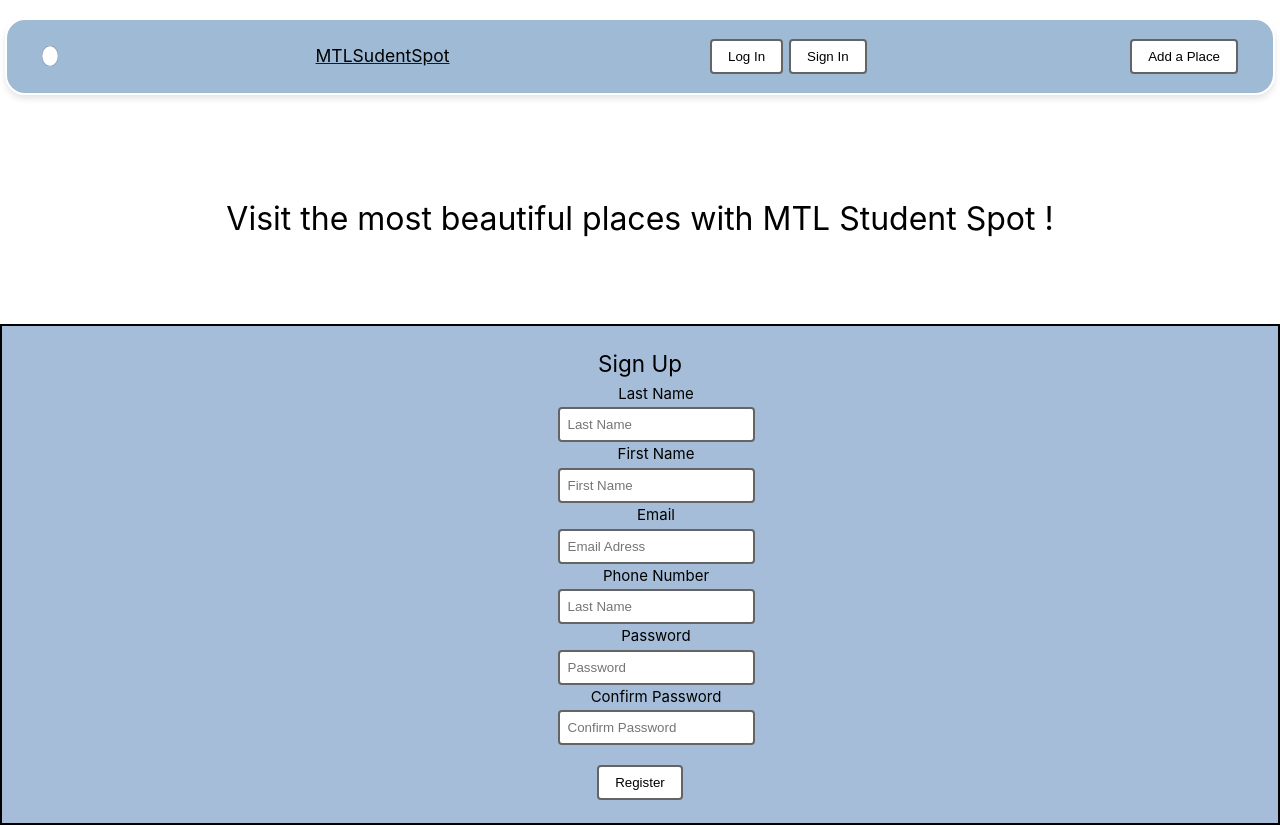
Repository: KevMn6ix/MOD8-2232-GRA-Damois-Leroi--Morant-Munto
Page: /register (app in client/)
The author's editor kept a copy of each file at every save. The page is drawn from the files as they stood at one save, then again after the next save.
The browser window is 1280 px wide. The pictures show the whole page.
The project was rebuilt for these pictures with package versions that can differ from the ones it lists, and the page was loaded fresh each time. Also part of the build but not shown: client/vite.config.js, client/src/components/HelloWorld.vue, client/src/components/Login.vue, client/src/views/LoginPage.vue, client/src/components/RowLandingPage.vue, client/src/components/PlaceItem.vue, client/server/services/places-service.js, client/src/components/PlaceList.vue and 1 more.

Above is the page before, as saved 2023-10-18 16:00:48.

### client/index.html
<!DOCTYPE html>
<html lang="en">
  <head>
    <meta charset="UTF-8">
    <link rel="icon" href="/favicon.ico">
    <link href="https://cdnjs.cloudflare.com/ajax/libs/font-awesome/5.15.3/css/all.min.css" rel="stylesheet">

    <meta name="viewport" content="width=device-width, initial-scale=1.0">
    <title>Vite App</title>
  </head>
  <body>
    <div id="app"></div>
    <script type="module" src="/src/main.js"></script>
  </body>
</html>

### client/src/assets/main.css
@import './base.css';
/*
#app {
  max-width: 1280px;
  margin: 0 auto;
  padding: 2rem;

  font-weight: normal;
}

a,
.green {
  text-decoration: none;
  color: hsla(160, 100%, 37%, 1);
  transition: 0.4s;
}

@media (hover: hover) {
  a:hover {
    background-color: hsla(160, 100%, 37%, 0.2);
  }
}

@media (min-width: 1024px) {
  body {
    display: flex;
    place-items: center;
  }

  #app {
    display: grid;
    grid-template-columns: 1fr 1fr;
    padding: 0 2rem;
  }
}
*/
@media (prefers-color-scheme: dark) {
  button {
    color:black;
  }
  input {
    color: white;
    background-color: black;
  }
}

### client/src/App.vue
<script setup>
import { RouterLink, RouterView } from 'vue-router'
import HelloWorld from './components/HelloWorld.vue'
</script>

<template >
  <RouterView />

</template>

<style scoped>
template {
  display: flex;
  flex-direction: column;
}

header {
  line-height: 1.5;
  max-height: 100vh;
}

.logo {
  display: block;
  margin: 0 auto 2rem;
}

nav {
  width: 100%;
  font-size: 12px;
  text-align: center;
  margin-top: 2rem;
}

nav a.router-link-exact-active {
  color: var(--color-text);
}

nav a.router-link-exact-active:hover {
  background-color: transparent;
}

nav a {
  display: inline-block;
  padding: 0 1rem;
  border-left: 1px solid var(--color-border);
}

nav a:first-of-type {
  border: 0;
}

@media (min-width: 1024px) {
  header {
    display: flex;
    place-items: center;
    padding-right: calc(var(--section-gap) / 2);
  }

  .logo {
    margin: 0 2rem 0 0;
  }

  header .wrapper {
    display: flex;
    place-items: flex-start;
    flex-wrap: wrap;
  }

  nav {
    text-align: left;
    margin-left: -1rem;
    font-size: 1rem;

    padding: 1rem 0;
    margin-top: 1rem;
  }
}
</style>

### client/src/router/index.js
import { createRouter, createWebHistory } from 'vue-router'
import HomeView from '../views/HomeView.vue'

const router = createRouter({
  history: createWebHistory(import.meta.env.BASE_URL),
  routes: [
    {
      path: '/',
      name: 'home',
      component: HomeView
    },
    {
      path: '/about',
      name: 'about',
      // route level code-splitting
      // this generates a separate chunk (About.[hash].js) for this route
      // which is lazy-loaded when the route is visited.
      component: () => import('../views/AboutView.vue')
    },
    {
      path: '/login',
      name: 'login',

      component: () => import('../views/LoginPage.vue')
    },
    {
      path: '/register',
      name:'register',

      component: () => import('../views/RegisterPage.vue')
    },
    {
      path: '/places/:types',
      name: 'PlacesList',

      component: () => import('../views/PlaceListView.vue')
    },
    {
      path: '/places/review/:id',
      name : 'review',

      component: () => import('../views/PlaceReview.vue')
    },
    {

      path: '/places/:types/:id',
      name: 'PlacePage',

      component: () => import('../views/PlacesPage.vue')

    },
    {
      path: '/places/add',
      name: 'AddPlace',

      component: () => import('../views/AddPageView.vue')
    }
  ]
})

export default router

### client/src/views/RegisterPage.vue
<script setup>
import Register from '../components/Register.vue'
</script>

<template>
    <Register />
</template>

<style>
</style>

### client/src/components/NavBar.vue
<script setup>
import { ref } from 'vue'
import LoginPage from '../views/LoginPage.vue'
import TheSubHeader from './TheSubHeader.vue';
const emit = defineEmits(['user-input'])
const UserInput = ref('')
function sendUserInput() {
    console.log(UserInput.value)
    emit('user-input', UserInput.value)
}
</script>
/** This component is hte bar at the top of the screen */
<template>
    <nav id="head-bar">
        <img src="../assets/logoMTL.png">
        <h3>
            MTLSudentSpot
        </h3>
        <input type="text" v-model="UserInput" @input="sendUserInput">
        <div>
        <router-link to='/login'>
        <button>
            Log In
        </button>
        </router-link>
        <router-link to="/register">
        <button>
            Sign In
        </button>
        </router-link>
    </div>
    <div id="sub-header">
    <TheSubHeader/></div>
    </nav>

</template>
<style>

:root{

    --color-navbar: #9fbad4;
    --text-navbar-color-default: #000;
    --color-input: #fff;
    --button-border: #646464;
    --color-button: #fff;
    --button-hover: #7faedc;
}

@media (prefers-color-scheme: dark){

    :root{

        --text-navbar-color-default: #FFF;
        --color-navbar: #211f1f;
        --color-input: #312e2e;
        --button-border: #646464;
        --color-button: #312e2e;
        --button-hover: #646464;

    }

}

nav {
    display: flex;
    justify-content: space-between;
    align-items: center;
    background-color: var(--color-navbar);
    padding: 1rem 2rem;
    box-shadow: 0 4px 6px rgba(0, 0, 0, 0.1);
    border-bottom: 2px solid rgba(0, 0, 0, 0.1);
    border-radius: 20px;
    border: 2px solid var(--button-border);
    margin: 5px;
    flex-grow: 3;
    gap: 20px;
}

h3{

    color: var(--text-navbar-color-default);

}

button {
    background-color: var(--color-button);
    color: var(--text-navbar-color-default);
    border: none;
    padding: 0.5rem 1rem;
    border-radius: 0.25rem;
    cursor: pointer;
    transition: background-color 0.3s ease;
    margin: 3px;
    border: 2px solid var(--button-border);
}

button:hover {
    background-color: var(--button-hover);
}

button:visited {
    color: white; /* Set the text color to yellow when the button is active (clicked) */
}

img {
    height: 20px;
    width: 16px;
}

input {
    flex-grow: 3;
    padding: 0.5rem;
    border: none;
    border-radius: 0.25rem;
    background-color: var(--color-input);
    color: var(--text-navbar-color-default);
    border: 2px solid var(--button-border);
    margin: 0 1rem;
}

#sub-header {
    text-align: center;
}
</style>

### client/src/components/BarOutsideHome.vue
<script setup>
import { ref } from 'vue'
import LoginPage from '../views/LoginPage.vue'
import { RouterLink } from 'vue-router';
import TheSubHeader from './TheSubHeader.vue';
const emit = defineEmits(['user-input'])
const UserInput = ref('')
function sendUserInput() {
    console.log(UserInput.value)
    emit('user-input', UserInput.value)
}
</script>
/** This component is the bar at the top of the screen */
<template>
    <nav id="head-bar">
        <img src="../assets/logoMTL.png">
        <RouterLink to="/">
        <h3>
            MTLSudentSpot
        </h3>
        </RouterLink>

        <div>
        <router-link to='/login'>
        <button>
            Log In
        </button>
        </router-link>
        <router-link to="/register">
        <button>
           Sign In
        </button>
    </router-link>
    </div>
    <div id="sub-header">
<TheSubHeader/></div>
</nav>

</template>
<style scoped>

:root{

--color-navbar: #9fbad4;
--text-navbar-color-default: #000;
--color-input: #9fbad4;
--button-border: #646464;
--color-button: #fff;
--button-hover: #7faedc;
}

@media (prefers-color-scheme: dark){

:root{

    --text-navbar-color-default: #FFF;
    --color-navbar: #211f1f;
    --color-input: #312e2e;
    --button-border: #646464;
    --color-button: #312e2e;
    --button-hover: #646464;

}

}

#head-bar {
    display: flex;
    justify-content: space-between;
    align-items: center;
    padding: 1rem 2rem;
    background-color: var(--color-navbar);
    box-shadow: 0 4px 6px rgba(0, 0, 0, 0.1);
    border: 2px solid white;
}

h3{

color: var(--text-navbar-color-default);

}

button {
    background-color: var(--color-button);
    color: var(--text-navbar-color-default);
    border: none;
    padding: 0.5rem 1rem;
    border-radius: 0.25rem;
    cursor: pointer;
    transition: background-color 0.3s ease;
    border: 2px solid var(--button-border);
}

button:hover {
    background-color: var(--button-hover);
}

button:visited {
    color: white; /* Set the text color to yellow when the button is active (clicked) */
}

img {
    height: 20px;
    width: 16px;
    margin-left: 3px;
}

input {
    flex-grow: 3;
    padding: 0.5rem;
    border: none;
    border-radius: 0.25rem;
    background-color: var(--color-background-default);
    color: var(--text-color-default);
    margin: 0 1rem;
}

#sub-header {
    text-align: center;
}
</style>

### client/src/components/Register.vue
<script>
import { RouterLink } from 'vue-router';
import BarOutsideHome from './BarOutsideHome.vue';
import AuthentificationService from '@/services/AuthentificationService';

export default{
    name: 'RegisterForm',
    data() {
        return {
            last_name: '',
            first_name: '',
            email: '',
            phone_number: '',
            password: '',
            passwordConfirm: ''
        };
    },
    methods: {
        async register () {
            const response = await AuthentificationService.register({
                last_name: this.lastName,
                first_name: this.firstName,
                email: this.email,
                phone_number: this.phoneNumber,
                password: this.password,
                passwordConfirm: this.passwordConfirm
            })
            console.log(response);
        } ,

        handleSubmit() {
            const userData = {
                lastName: this.lastName,
                firstName: this.firstName,
                email: this.email,
                phoneNumber: this.phoneNumber,
                password: this.password,
                passwordConfirm: this.passwordConfirm
            };
            console.log(userData);
            console.log("Registered");
        }
    },
    components: { RouterLink, BarOutsideHome }
}

</script>

<template>
    <header>
       <BarOutsideHome/>
    </header>
    <div class="page-bg">
    <h1>Visit the most beautiful places with MTL Student Spot !</h1>

    <form @submit.prevent="register" >
        <h2>Sign Up</h2>
        <div class="input-pair">
            <label for="">Last Name</label>
            <input type="text" placeholder="Last Name" v-model="lastName" />
        </div>
        <div class="input-pair">
            <label for="">First Name</label>
            <input type="text" placeholder="First Name" v-model="firstName"/>
        </div>
        <div class="input-pair">
            <label for="">Email</label>
            <input type="email" placeholder="Email Adress" v-model="email"/>
        </div>

        <div class="input-pair">
            <label for="">Phone Number</label>
            <input type="tel" placeholder="Last Name" v-model="phoneNumber"/>
        </div>
        <div class="input-pair">
            <label for="">Password</label>
            <input type="password" placeholder="Password" v-model="password">
        </div>
        <div class="input-pair">
            <label for="">Confirm Password</label>
            <input type="password" placeholder="Confirm Password" v-model="passwordConfirm">
        </div>
        <button class="submit" >Register</button>
    </form>
    </div>
</template>

<style scoped>

* {
    color: black;
    @media (prefers-color-scheme: dark) {
        color: white;

    }
}

header {
    padding-top: 1%;
    padding-bottom: 1%;
  @media (prefers-color-scheme: dark) {
    header {
  background-color: #a2c4ec9d;
}
  }
}



.page-bg{
    background-color: #A5BDD9;
    @media (prefers-color-scheme: dark) {
        background-color: #93ABC775;
    }
}

h1{
    padding: 5rem;
    font-size: 2rem;
    text-align: center;
    background-color: white;
    @media (prefers-color-scheme: dark) {
        background-color: black;
    }
}

h2{
    display: flex;
    justify-content: center;
}

form{

    border: 2px solid black;
    padding : 20px;
    display: flex;
    flex-direction: column;
    justify-content: center;
    /*width: 500px;

    height: 500px;
    display: flex;
    flex-direction: column;
    gap: 1rem;*/
}

.input-pair{
    display: flex;
    flex-direction: column;
    align-items: center;
    padding-left: 2rem;
    gap: 0.1rem;
}

.submit{
    margin-top: 1.2rem;
    margin-left: auto;
    margin-right: auto;
    display: block;
}

</style>

### client/src/components/TheSubHeader.vue
<script setup>
import { RouterLink } from 'vue-router';
</script>
<template>
  <RouterLink to="/places/add">
    <button>
       Add a Place
    </button>
  </RouterLink>
</template>
<style scoped>
:root {
  --light-color-background-restaurant: #A5BDD9;
    --light-color-background-travel: #a2c4ec;
    --light-color-background-activity: #9EB3CB;
    --dark-color-background-restaurant: #a2c4ec9d;
    --dark-color-background-travel: #a5bdd971;
    --dark-color-background-activity: #9eb3cb0e;
    --color-background-restaurant: var(--light-color-background-restaurant);
    --color-background-travel: var(--light-color-background-travel);
    --color-background-activity: var(--light-color-background-activity);
    @media (prefers-color-scheme: dark) {
      --color-background-restaurant: var(--dark-color-background-restaurant);
        --color-background-travel: var(--dark-color-background-travel);
        --color-background-activity: var(--dark-color-background-activity);
    }
}
p {
    min-width: 333px;
    text-align: center;
    size: 50%;
    padding: 0;
    margin: 0;
}
</style>

### client/src/services/AuthentificationService.js
import Api from "./Api"

export default {
    register (creditentials) {
        return Api().post('register', creditentials)
    },

    login(creditentials) {
        return Api().post('login', creditentials)
    }
}

// AuthentificationService.register({
//   email: 'testing@gmail.com',
//   password: '123456'
//  })

Loaded but not shown: client/src/main.js (common file); client/src/assets/base.css (common file); client/src/services/Api.js (common file)

After the next save:
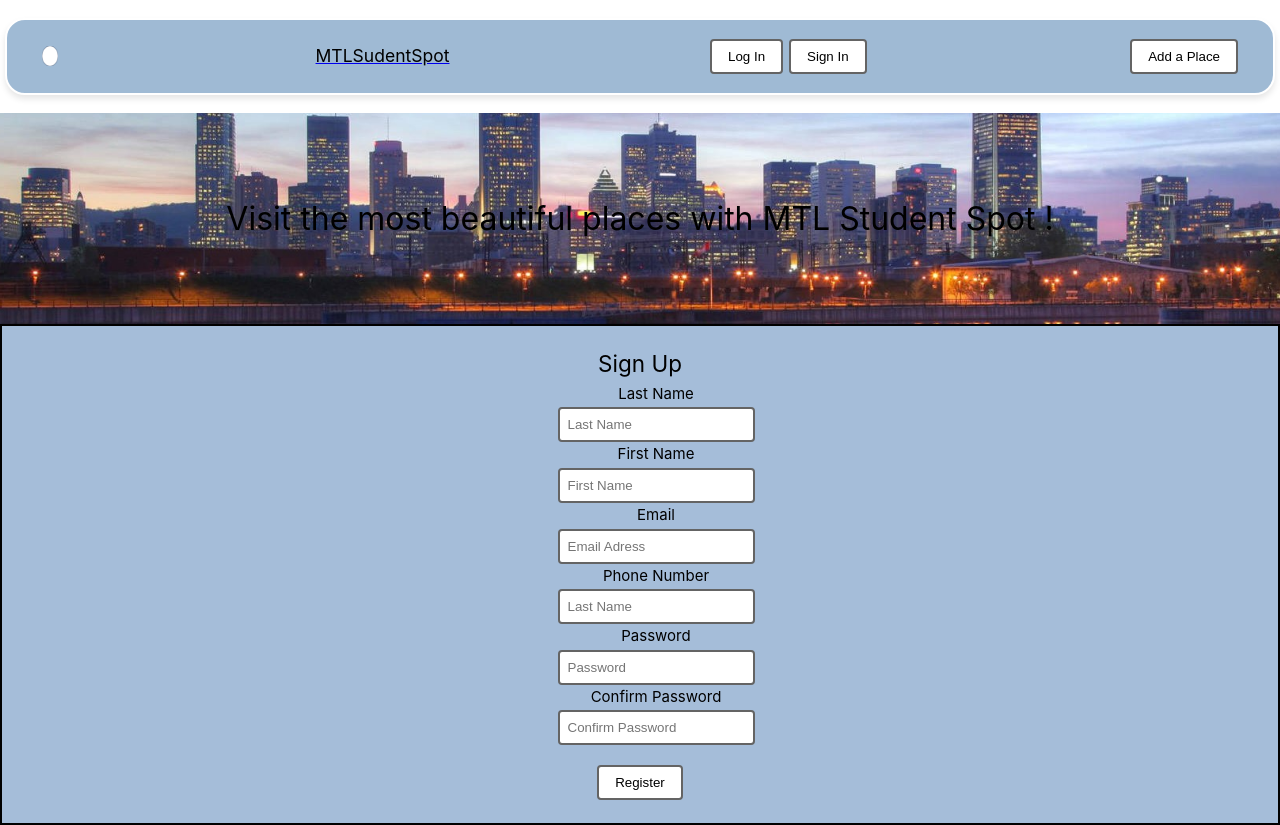
Saved 57 s later.
--- a/client/src/components/Register.vue
+++ b/client/src/components/Register.vue
@@ -106,6 +106,15 @@ header {
 }
 
 
+h1{
+
+    background-image: url('../assets/montrealbynight.jpg');
+    background-size: 1520px;
+    background-repeat: repeat;
+    background-position: 30%;
+    position: relative;
+    z-index: 1;
+}
 
 .page-bg{
     background-color: #A5BDD9;
